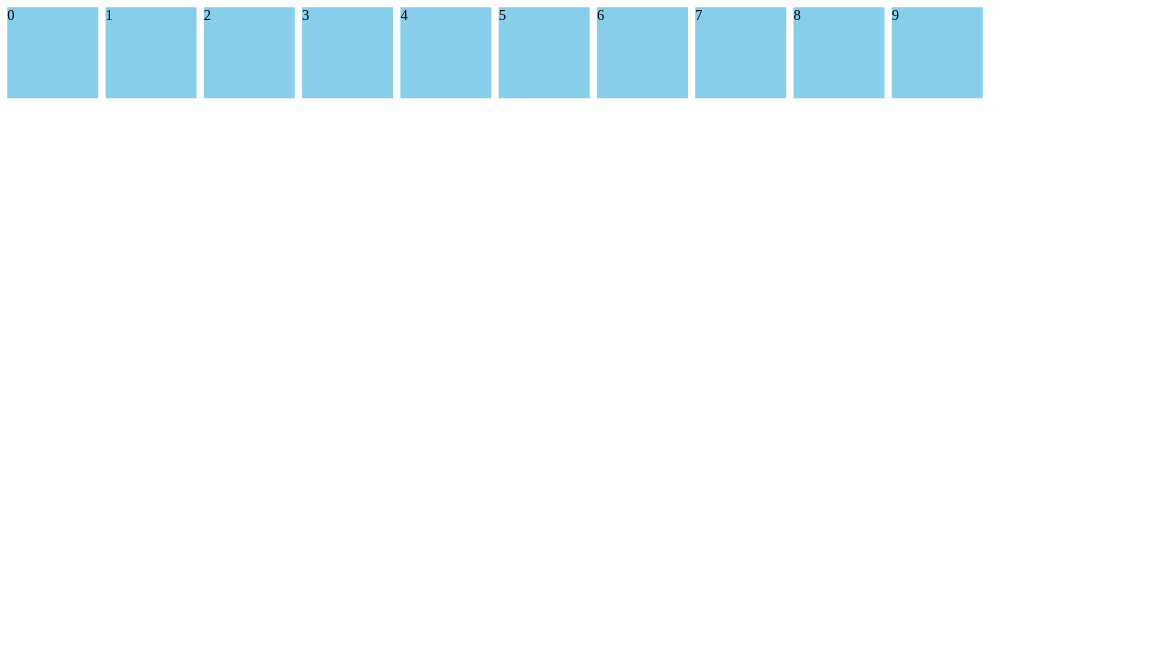
Repository: taekowithrowgit/backend
Page: environment/JS/index.html
The author's editor kept a record of every edit. The page is drawn from the files as they stood at one moment, then again after the next edit.
The browser window is 1280 px wide. The pictures show the whole page, at 91% of full size.

Above is the page before.

After the next edit:
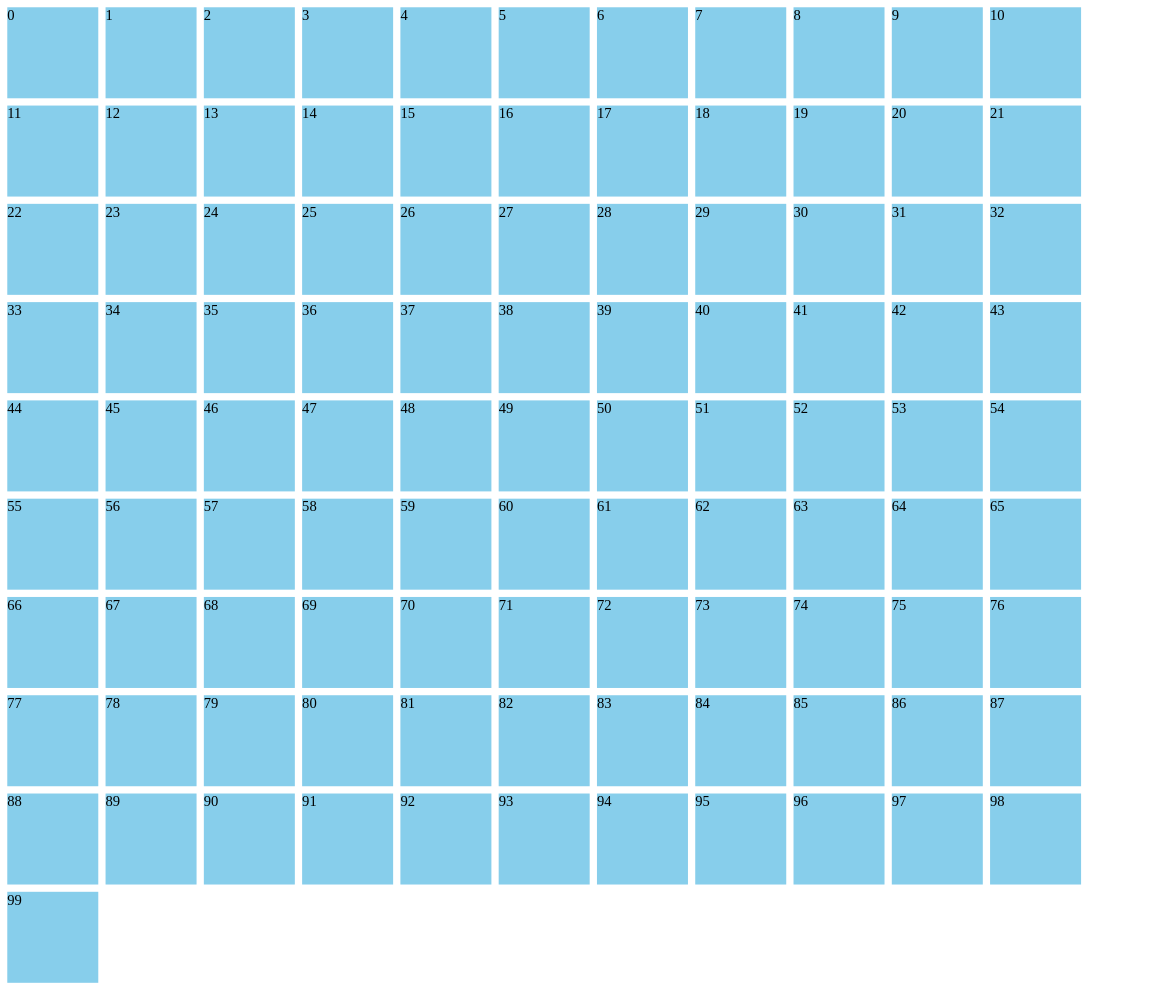
The edit:
--- a/environment/JS/index.html
+++ b/environment/JS/index.html
@@ -38,7 +38,7 @@
 
               "use strict";
 
-              for (let i = 0; i < 10; i++ ) {
+              for (let i = 0; i < 100; i++ ) {
                 const div = document.createElement("div");
                 div.classList.add("box");
                 div.textContent = i;
